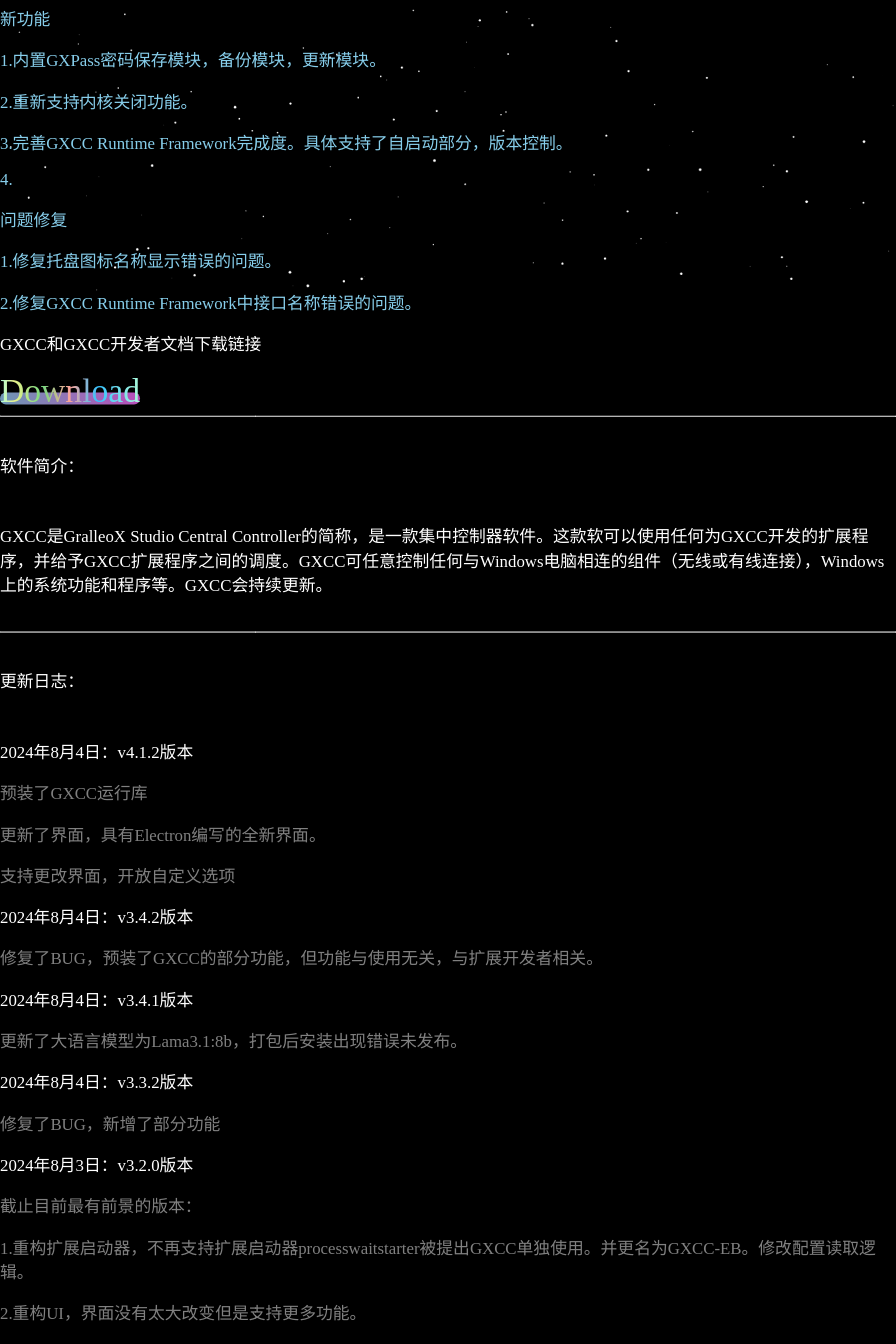
Repository: Lisu-Liso/GXCC
Page: index.html
An editor plug-in stored every save of this project. The page is shown before and after a run of saves, followed by the edit.
The browser window is 1280 px wide. The pictures show the part of the page from y = 304 to 2224 px (the page is 4650 px tall before and 4658 px after), at 70% of full size.

Above is the page before, as saved 2024-11-10 09:48:58.

After the next 2 saves:
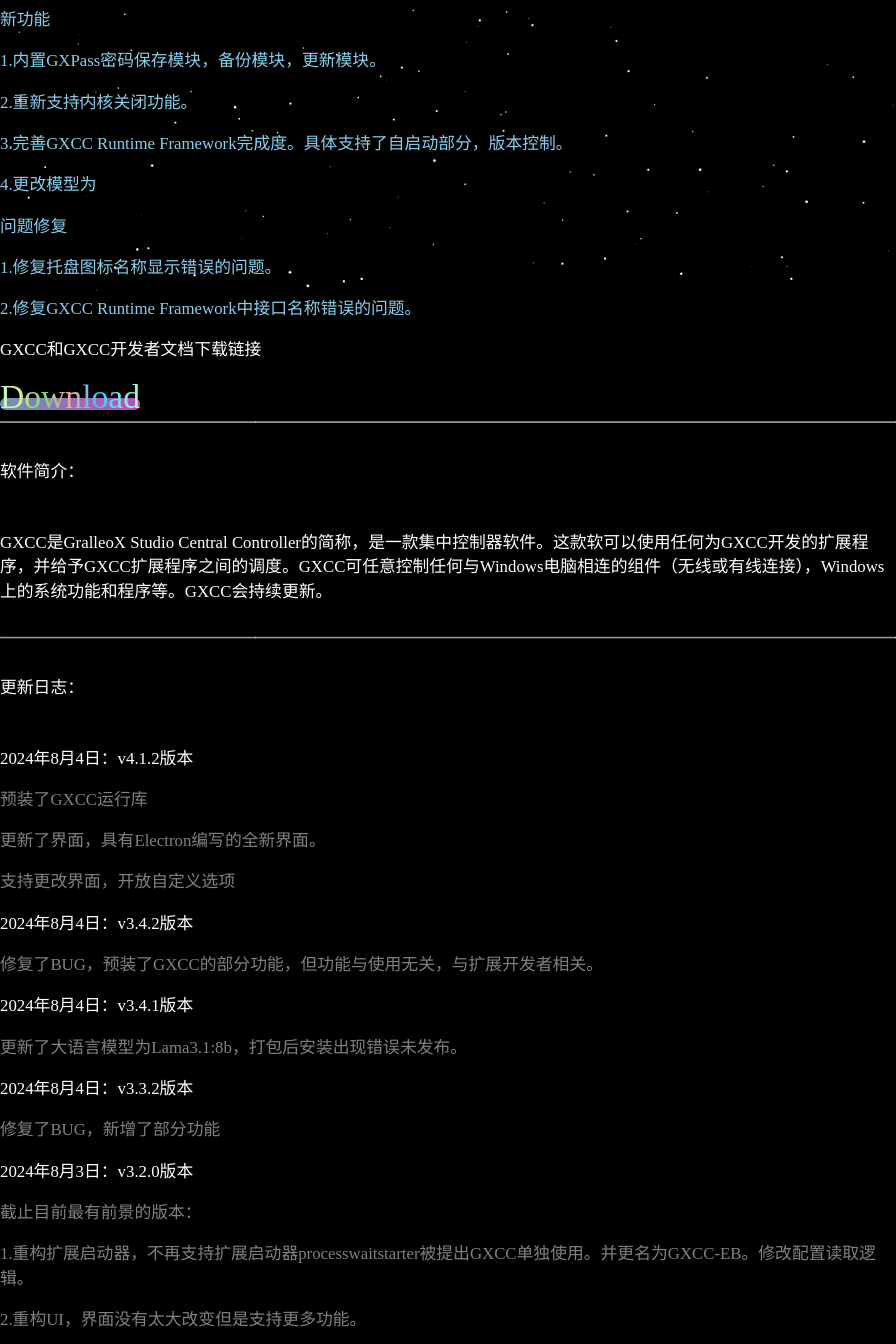
The 2 saves are shown as one change because they came seconds apart.
The last was saved 9 s later.
--- a/index.html
+++ b/index.html
@@ -348,7 +348,7 @@
         <p class="normaltext" style="color: skyblue;">1.内置GXPass密码保存模块，备份模块，更新模块。</p>
         <p class="normaltext" style="color: skyblue;">2.重新支持内核关闭功能。</p>
         <p class="normaltext" style="color: skyblue;">3.完善GXCC Runtime Framework完成度。具体支持了自启动部分，版本控制。</p>
-        <p class="normaltext" style="color: skyblue;">4.</p>
+        <p class="normaltext" style="color: skyblue;">4.更改模型为</p>
         <p class="normaltext" style="color: skyblue;">问题修复</p>
         <p class="normaltext" style="color: skyblue;">1.修复托盘图标名称显示错误的问题。</p>
         <p class="normaltext" style="color: skyblue;">2.修复GXCC Runtime Framework中接口名称错误的问题。</p>
